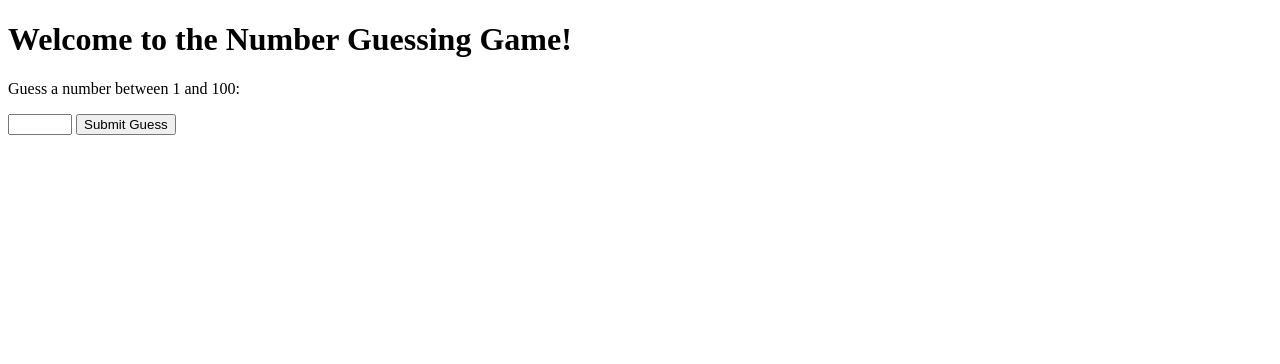
Repository: Rahim-Ullah/hexoforge-bootcamp
Page: phase-2-js-basic/guessing-game.html
The author's editor kept a copy of each file at every save. The page is drawn from the files as they stood at one save, then again after a run of saves.
The browser window is 1280 px wide. The pictures show the whole page.

Above is the page before, as saved 2025-09-06 12:34:31.

### phase-2-js-basic/guessing-game.html
<!DOCTYPE html>
<html lang="en">

<head>
    <meta charset="UTF-8">
    <meta name="viewport" content="width=device-width, initial-scale=1.0">
    <title>Number guessing game</title>
</head>

<body>
    <div class="container">
        <h1>Welcome to the Number Guessing Game!</h1>
    <p>Guess a number between 1 and 100:</p>
    <input type="number" id="userGuess" min="1" max="100">
    <button id="submitGuess">Submit Guess</button>
    <p id="resultMessage"></p>
    </div>

    <script>
        const randomNumber = Math.floor(Math.random() * 100) + 1;
        const submitGuessButton = document.getElementById('submitGuess');
        const resultMessage = document.getElementById('resultMessage');

        submitGuessButton.addEventListener('click', () => {
            const userGuess = parseInt(document.getElementById('userGuess').value);
            if (userGuess === randomNumber) {
                resultMessage.textContent = 'Congratulations! You guessed the correct number.';
            } else if (userGuess < randomNumber) {
                resultMessage.textContent = 'Too low! Try again.';
            } else {
                resultMessage.textContent = 'Too high! Try again.';
            }
        });
    </script>
</body>

</html>

After the next 2 saves:
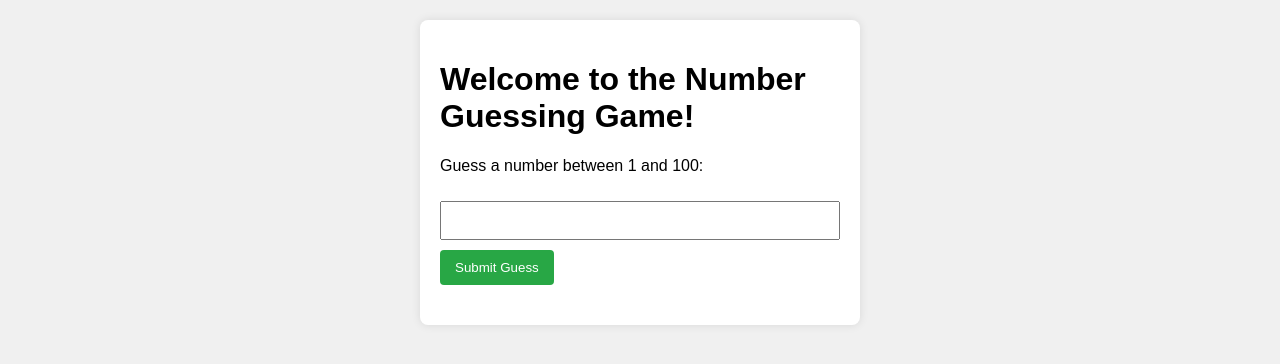
The 2 saves are shown as one change because they came seconds apart.
The last was saved 9 s later.
--- a/phase-2-js-basic/guessing-game.html
+++ b/phase-2-js-basic/guessing-game.html
@@ -5,6 +5,47 @@
     <meta charset="UTF-8">
     <meta name="viewport" content="width=device-width, initial-scale=1.0">
     <title>Number guessing game</title>
+    <style>
+        body {
+            font-family: Arial, sans-serif;
+            margin: 20px;
+            background-color: #f0f0f0;
+        }
+
+        .container {
+            max-width: 400px;
+            margin: auto;
+            padding: 20px;
+            background-color: white;
+            border-radius: 8px;
+            box-shadow: 0 0 10px rgba(0, 0, 0, 0.1);
+        }
+
+        input[type="number"] {
+            width: 100%;
+            padding: 10px;
+            margin: 10px 0;
+            box-sizing: border-box;
+        }
+
+        button {
+            padding: 10px 15px;
+            background-color: #28a745;
+            color: white;
+            border: none;
+            border-radius: 4px;
+            cursor: pointer;
+        }
+
+        button:hover {
+            background-color: #218838;
+        }
+
+        #resultMessage {
+            margin-top: 20px;
+            font-weight: bold;
+        }
+    </style>
 </head>
 
 <body>
